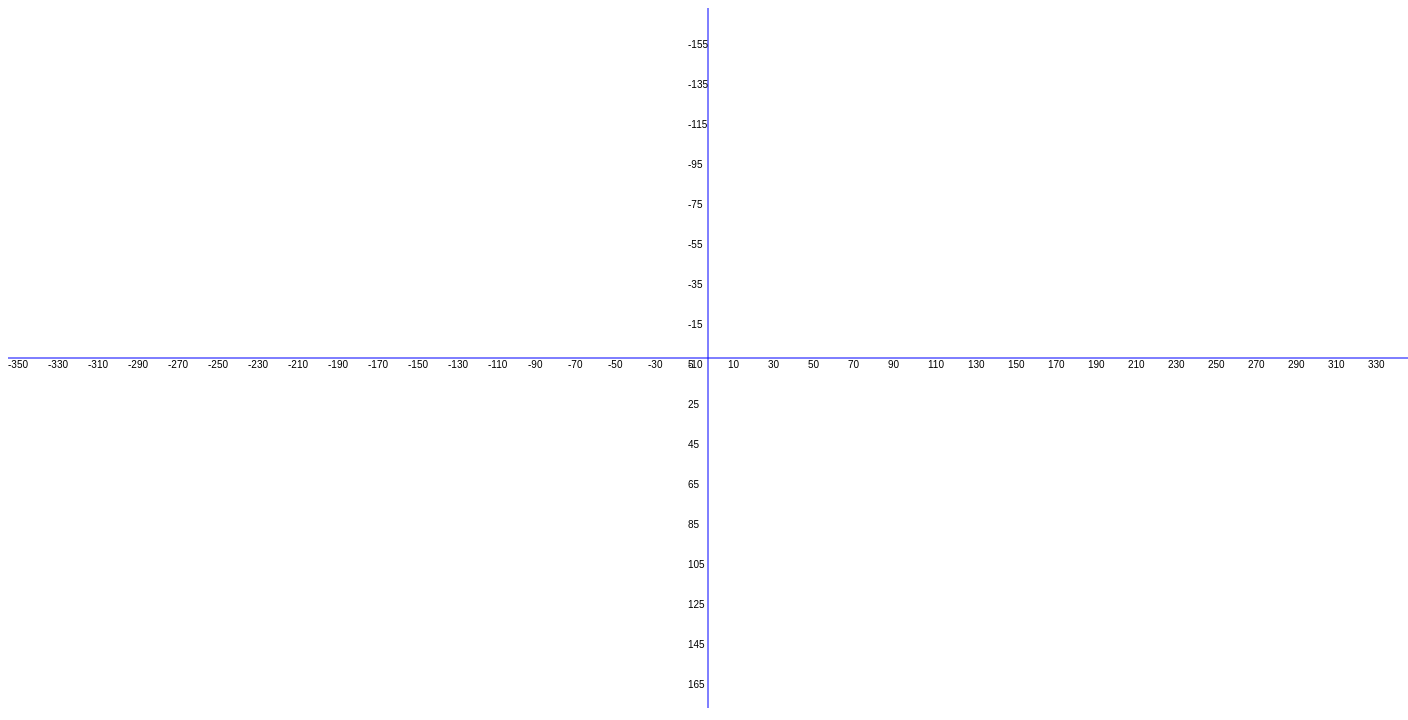
Repository: tclintaichung/book
Page: ex16/ex16_01/frame.html
The author's editor kept a copy of each file at every save. The page is drawn from the files as they stood at one save, then again after the next save.
The browser window is 1280 px wide. The page is 1408 px wide, so the pictures cover 1408 px, including what lies to the right of the window. The pictures show the whole page.

Above is the page before, as saved 2025-09-27 16:01:54.

After the next save:
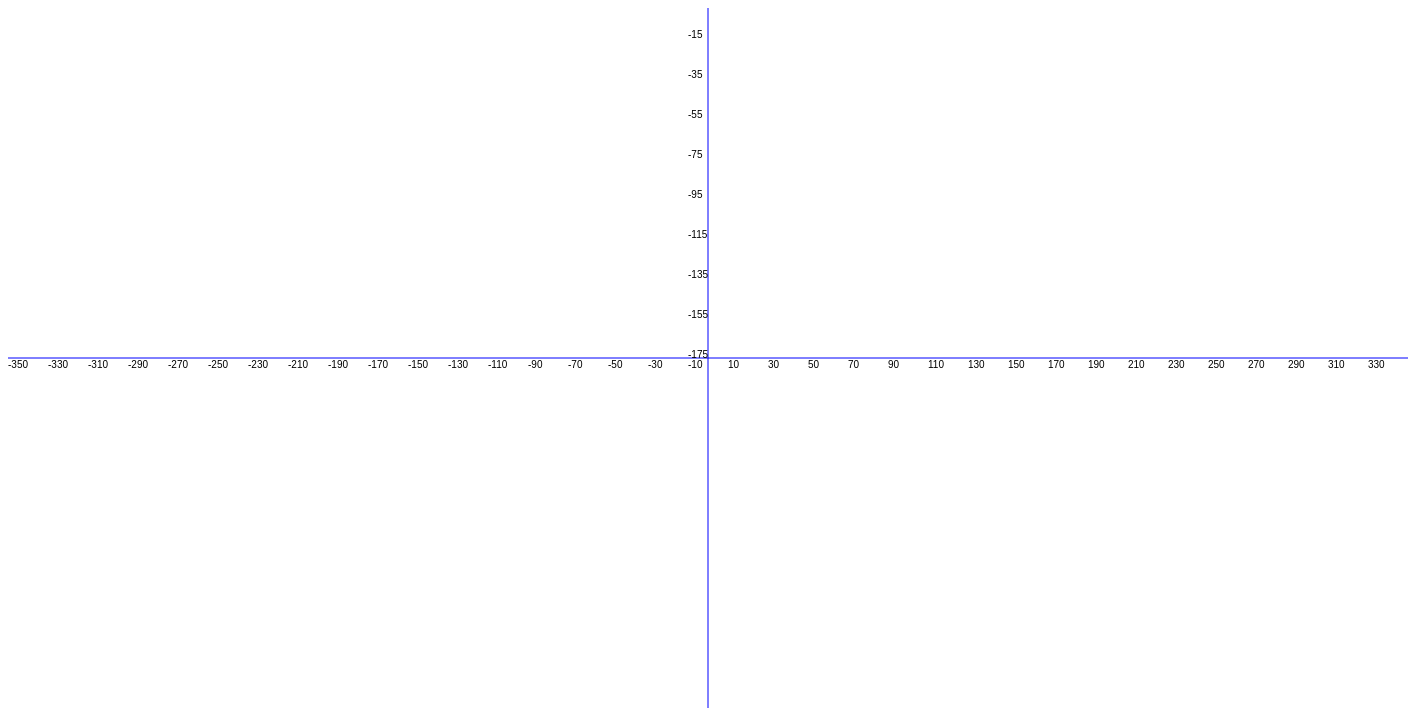
Saved 39 s later.
--- a/ex16/ex16_01/frame.html
+++ b/ex16/ex16_01/frame.html
@@ -42,7 +42,7 @@
             }
             for (let i = y_min; i <= y_max; i += step) {
                 label_i = (i - center_y) / scale;
-                ctx.fillText(String(label_i), center_x - 20, i);
+                ctx.fillText(String(label_i), center_x - 20, center_y-i);
             }
         }
    </script>
